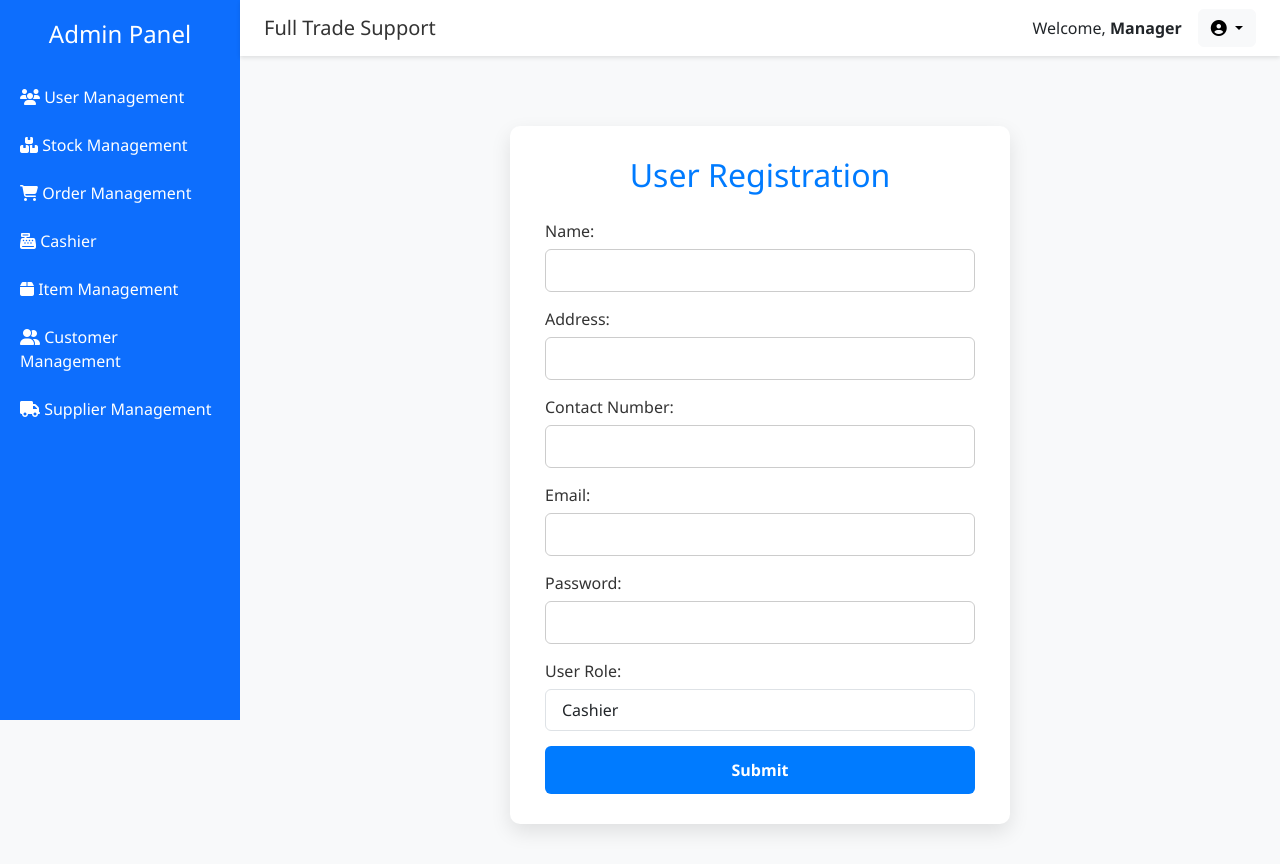
Repository: LakviduUpasara/onlineSparePartsManagementSystem
Page: http://localhost/Spare_parts_Management_Systems/Admin/insert.jsp
The author's editor kept a copy of each file at every save. The page is drawn from the files as they stood at one save, then again after the next save.
The browser window is 1280 px wide. The pictures show the whole page.
The page is served by Tomcat 9.

Above is the page before, as saved 2025-05-13 22:30:31.

After the next save:
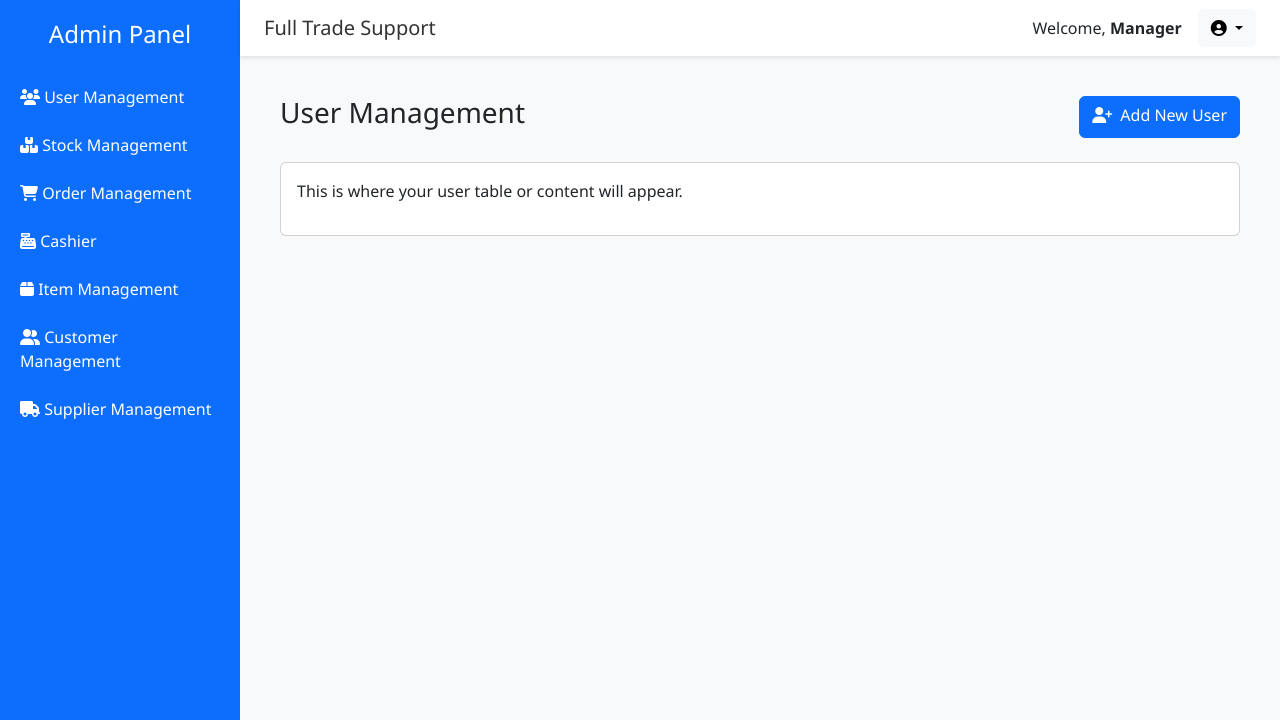
Saved 107 s later.
--- a/Project/Project/Spare_parts_Management_Systems/src/main/webapp/Admin/insert.jsp
+++ b/Project/Project/Spare_parts_Management_Systems/src/main/webapp/Admin/insert.jsp
@@ -3,7 +3,7 @@
 <html lang="en">
 <head>
   <meta charset="UTF-8">
-  <title>User Registration - Full Trade Support</title>
+  <title>User Management - Full Trade Support</title>
   <link href="https://cdn.jsdelivr.net/npm/bootstrap@5.3.0/dist/css/bootstrap.min.css" rel="stylesheet">
   <link rel="stylesheet" href="https://cdnjs.cloudflare.com/ajax/libs/font-awesome/6.4.0/css/all.min.css">
   <style>
@@ -44,70 +44,21 @@
       padding: 40px;
       min-height: calc(100vh - 56px);
     }
-    .form-container {
-      background-color: #ffffff;
-      padding: 30px 35px;
-      border-radius: 10px;
-      box-shadow: 0 8px 20px rgba(0, 0, 0, 0.1);
-      width: 100%;
-      max-width: 500px;
-      margin: auto;
-      margin-top: 30px;
-    }
-    h2 {
-      text-align: center;
-      color: #007BFF;
-      margin-bottom: 25px;
-    }
-    .form-group {
-      margin-bottom: 15px;
-    }
-    label {
-      display: block;
-      margin-bottom: 6px;
-      color: #333;
-      font-weight: 500;
-    }
-    input[type="text"],
-    input[type="email"],
-    input[type="password"] {
-      width: 100%;
-      padding: 10px;
-      border: 1px solid #ccc;
-      border-radius: 6px;
-      font-size: 14px;
-    }
-    input[type="submit"] {
-      width: 100%;
-      padding: 12px;
-      background-color: #007BFF;
-      color: white;
-      border: none;
-      font-weight: bold;
-      border-radius: 6px;
-      font-size: 16px;
-      cursor: pointer;
-      transition: background-color 0.3s ease;
-    }
-    input[type="submit"]:hover {
-      background-color: #0056b3;
-    }
   </style>
 </head>
 <body>
 
 <!-- Sidebar -->
 <div class="sidebar">
-    <h4 class="text-center mb-4">Admin  Panel</h4>
-    <a href=" GetAllServlet"><i class="fas fa-users"></i> User Management</a>
-    <a href="#"><i class="fas fa-boxes"></i> Stock Management</a>
-    <a href="#"><i class="fas fa-shopping-cart"></i> Order Management</a>
-    <a href="#"><i class="fas fa-cash-register"></i> Cashier</a>
-    <a href="#"><i class="fas fa-box"></i> Item Management</a>
-    <a href="#"><i class="fas fa-user-friends"></i> Customer Management</a>
-    <a href="supplier-list"><i class="fas fa-truck"></i> Supplier Management</a>
-  </div>
-
+  <h4 class="text-center mb-4">Admin Panel</h4>
+  <a href="GetAllServlet"><i class="fas fa-users"></i> User Management</a>
+  <a href="#"><i class="fas fa-boxes"></i> Stock Management</a>
+  <a href="#"><i class="fas fa-shopping-cart"></i> Order Management</a>
+  <a href="#"><i class="fas fa-cash-register"></i> Cashier</a>
+  <a href="#"><i class="fas fa-box"></i> Item Management</a>
+  <a href="#"><i class="fas fa-user-friends"></i> Customer Management</a>
+  <a href="supplier-list"><i class="fas fa-truck"></i> Supplier Management</a>
+</div>
 
 <!-- Main Content -->
 <div class="main-content">
@@ -130,47 +81,19 @@
   </nav>
 
   <div class="dashboard-content">
-    <div class="form-container">
+    <div class="d-flex justify-content-between mb-4">
+      <h3>User Management</h3>
+      <a href="Admin/insert.jsp" class="btn btn-primary">
+        <i class="fas fa-user-plus me-1"></i> Add New User
+      </a>
+    </div>
 
-      <h2>User Registration</h2>
-      <form action="InsetServlet" method="post">
-        <div class="form-group">
-          <label>Name:</label>
-          <input type="text" name="name" required>
-        </div>
+    <!-- User table or list content can go here -->
 
-        <div class="form-group">
-          <label>Address:</label>
-          <input type="text" name="address" required>
-        </div>
-
-        <div class="form-group">
-          <label>Contact Number:</label>
-          <input type="text" name="contactnumber" required>
-        </div>
-
-        <div class="form-group">
-          <label>Email:</label>
-          <input type="email" name="email" required>
-        </div>
-
-        <div class="form-group">
-          <label>Password:</label>
-          <input type="password" name="password" required>
-        </div>
-
-        <div class="form-group">
-          <label>User Role:</label>
-          <select name="userRole" class="form-control border border-gray-300 rounded px-3 py-2 w-full" required>
-            <option value="Cashier">Cashier</option>
-            <option value="Stock Manager">Stock Manager</option>
-            <option value="Admin">Admin</option>
-            <option value="Manager">Manager</option>
-          </select>
-        </div>
-
-        <input type="submit" value="Submit">
-      </form>
+    <div class="card">
+      <div class="card-body">
+        <p>This is where your user table or content will appear.</p>
+      </div>
     </div>
   </div>
 </div>

After the save that followed:
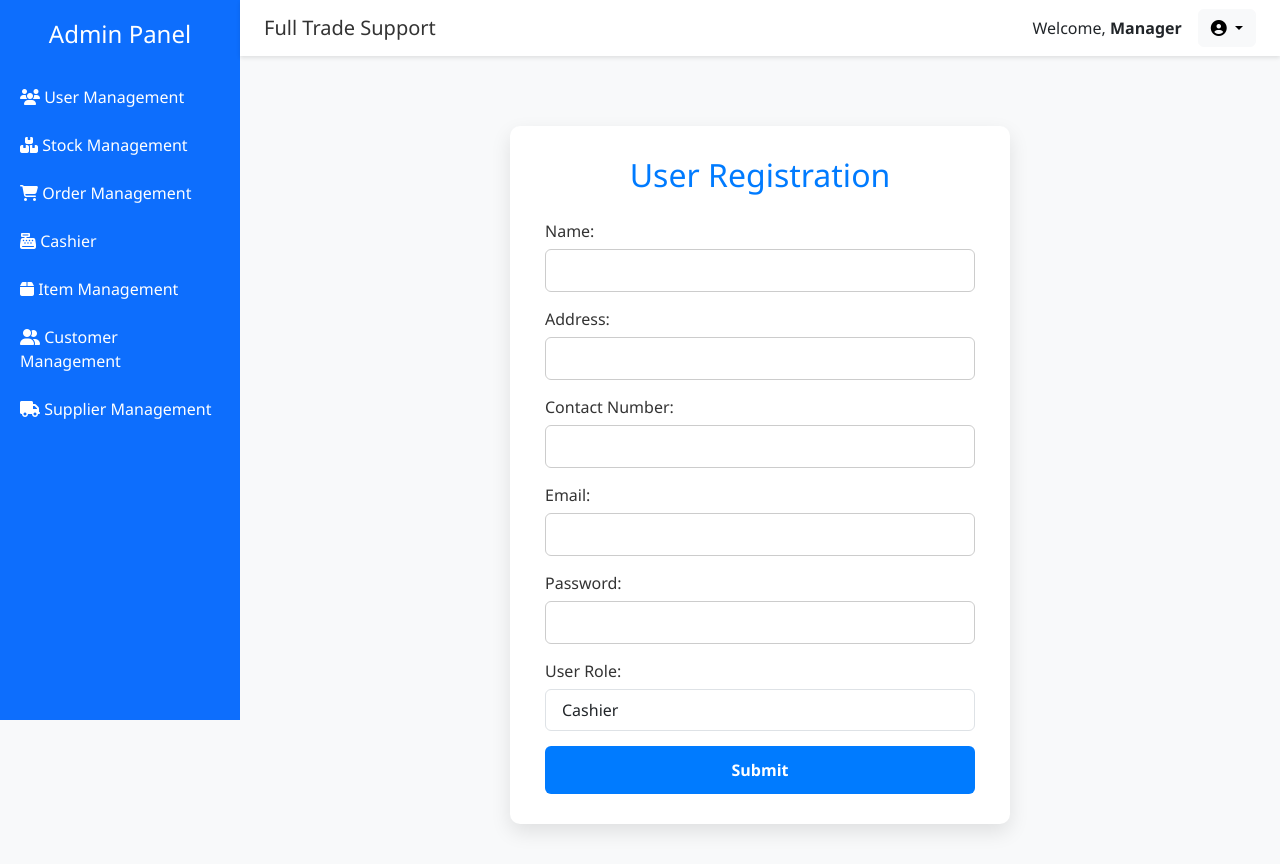
Saved 53 s later.
--- a/Project/Project/Spare_parts_Management_Systems/src/main/webapp/Admin/insert.jsp
+++ b/Project/Project/Spare_parts_Management_Systems/src/main/webapp/Admin/insert.jsp
@@ -3,7 +3,7 @@
 <html lang="en">
 <head>
   <meta charset="UTF-8">
-  <title>User Management - Full Trade Support</title>
+  <title>User Registration - Full Trade Support</title>
   <link href="https://cdn.jsdelivr.net/npm/bootstrap@5.3.0/dist/css/bootstrap.min.css" rel="stylesheet">
   <link rel="stylesheet" href="https://cdnjs.cloudflare.com/ajax/libs/font-awesome/6.4.0/css/all.min.css">
   <style>
@@ -44,21 +44,70 @@
       padding: 40px;
       min-height: calc(100vh - 56px);
     }
+    .form-container {
+      background-color: #ffffff;
+      padding: 30px 35px;
+      border-radius: 10px;
+      box-shadow: 0 8px 20px rgba(0, 0, 0, 0.1);
+      width: 100%;
+      max-width: 500px;
+      margin: auto;
+      margin-top: 30px;
+    }
+    h2 {
+      text-align: center;
+      color: #007BFF;
+      margin-bottom: 25px;
+    }
+    .form-group {
+      margin-bottom: 15px;
+    }
+    label {
+      display: block;
+      margin-bottom: 6px;
+      color: #333;
+      font-weight: 500;
+    }
+    input[type="text"],
+    input[type="email"],
+    input[type="password"] {
+      width: 100%;
+      padding: 10px;
+      border: 1px solid #ccc;
+      border-radius: 6px;
+      font-size: 14px;
+    }
+    input[type="submit"] {
+      width: 100%;
+      padding: 12px;
+      background-color: #007BFF;
+      color: white;
+      border: none;
+      font-weight: bold;
+      border-radius: 6px;
+      font-size: 16px;
+      cursor: pointer;
+      transition: background-color 0.3s ease;
+    }
+    input[type="submit"]:hover {
+      background-color: #0056b3;
+    }
   </style>
 </head>
 <body>
 
 <!-- Sidebar -->
 <div class="sidebar">
-  <h4 class="text-center mb-4">Admin Panel</h4>
-  <a href="GetAllServlet"><i class="fas fa-users"></i> User Management</a>
-  <a href="#"><i class="fas fa-boxes"></i> Stock Management</a>
-  <a href="#"><i class="fas fa-shopping-cart"></i> Order Management</a>
-  <a href="#"><i class="fas fa-cash-register"></i> Cashier</a>
-  <a href="#"><i class="fas fa-box"></i> Item Management</a>
-  <a href="#"><i class="fas fa-user-friends"></i> Customer Management</a>
-  <a href="supplier-list"><i class="fas fa-truck"></i> Supplier Management</a>
-</div>
+    <h4 class="text-center mb-4">Admin  Panel</h4>
+    <a href=" GetAllServlet"><i class="fas fa-users"></i> User Management</a>
+    <a href="#"><i class="fas fa-boxes"></i> Stock Management</a>
+    <a href="#"><i class="fas fa-shopping-cart"></i> Order Management</a>
+    <a href="#"><i class="fas fa-cash-register"></i> Cashier</a>
+    <a href="#"><i class="fas fa-box"></i> Item Management</a>
+    <a href="#"><i class="fas fa-user-friends"></i> Customer Management</a>
+    <a href="supplier-list"><i class="fas fa-truck"></i> Supplier Management</a>
+  </div>
+
 
 <!-- Main Content -->
 <div class="main-content">
@@ -81,19 +130,47 @@
   </nav>
 
   <div class="dashboard-content">
-    <div class="d-flex justify-content-between mb-4">
-      <h3>User Management</h3>
-      <a href="Admin/insert.jsp" class="btn btn-primary">
-        <i class="fas fa-user-plus me-1"></i> Add New User
-      </a>
-    </div>
+    <div class="form-container">
 
-    <!-- User table or list content can go here -->
+      <h2>User Registration</h2>
+      <form action="InsetServlet" method="post">
+        <div class="form-group">
+          <label>Name:</label>
+          <input type="text" name="name" required>
+        </div>
 
-    <div class="card">
-      <div class="card-body">
-        <p>This is where your user table or content will appear.</p>
-      </div>
+        <div class="form-group">
+          <label>Address:</label>
+          <input type="text" name="address" required>
+        </div>
+
+        <div class="form-group">
+          <label>Contact Number:</label>
+          <input type="text" name="contactnumber" required>
+        </div>
+
+        <div class="form-group">
+          <label>Email:</label>
+          <input type="email" name="email" required>
+        </div>
+
+        <div class="form-group">
+          <label>Password:</label>
+          <input type="password" name="password" required>
+        </div>
+
+        <div class="form-group">
+          <label>User Role:</label>
+          <select name="userRole" class="form-control border border-gray-300 rounded px-3 py-2 w-full" required>
+            <option value="Cashier">Cashier</option>
+            <option value="Stock Manager">Stock Manager</option>
+            <option value="Admin">Admin</option>
+            <option value="Manager">Manager</option>
+          </select>
+        </div>
+
+        <input type="submit" value="Submit">
+      </form>
     </div>
   </div>
 </div>
